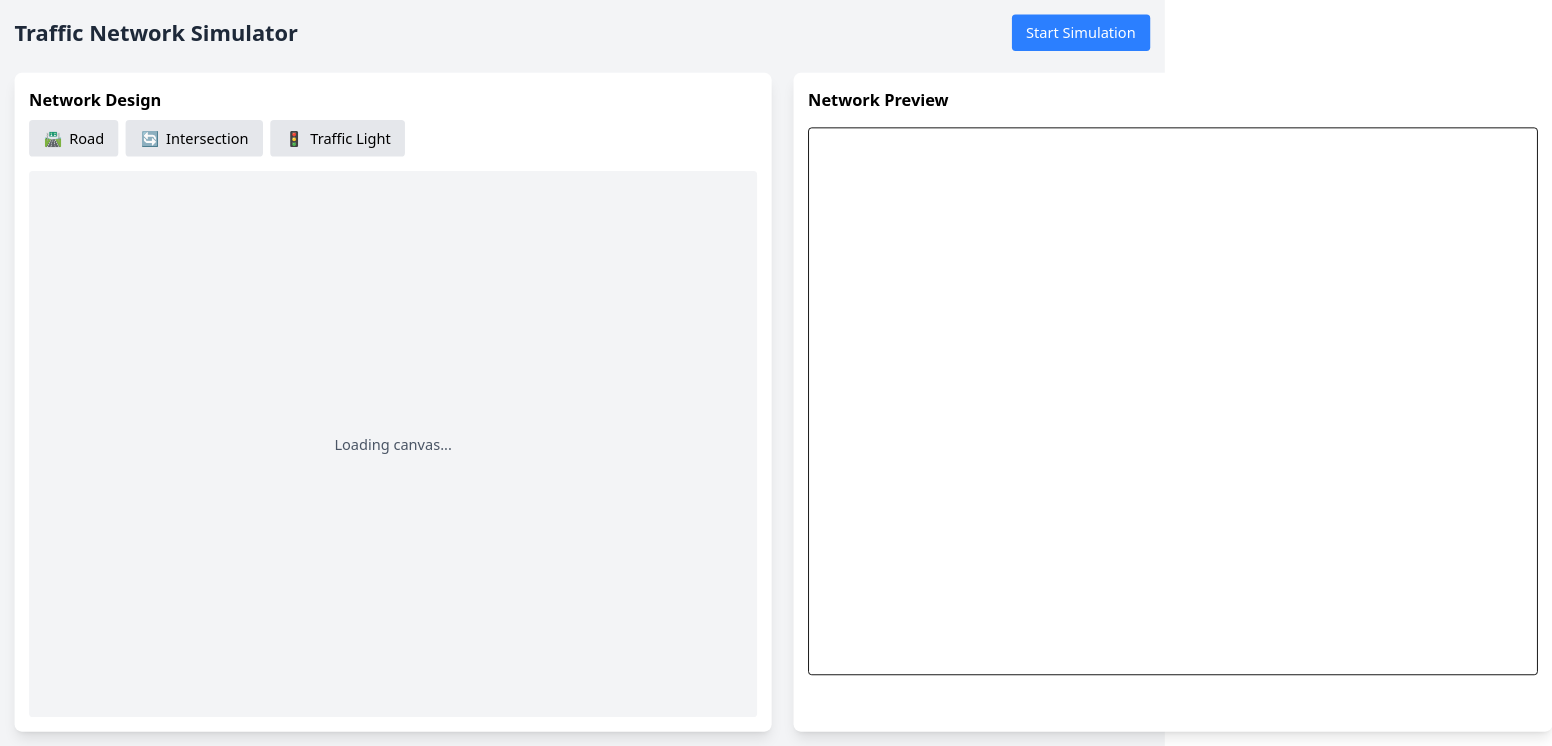
Repository: KooshaPari/NetWeave
Page: / (app in Fend/)
These files come from the project's save history. The page is drawn as it stood at one moment and after the next save; the edit follows.
The browser window is 1280 px wide. The page is 1706 px wide, so the pictures cover 1706 px, including what lies to the right of the window. The pictures show the whole page, at 91% of full size.
The project was rebuilt for these pictures with package versions that can differ from the ones it lists, and the page was loaded fresh each time. The framework's server and built-in components were replaced by stand-ins that run in the browser. Also part of the build but not shown: Fend/svelte.config.js, Fend/vite.config.ts.

Above is the page before, as saved 2025-02-18 17:51:25.

### Fend/src/routes/+page.svelte
<script lang="ts">
	import { onMount } from 'svelte';
	import DrawingCanvas from '$lib/components/DrawingCanvas.svelte';
	import OutputCanvas from '$lib/components/OutputCanvas.svelte';
	import ToolPanel from '$lib/components/ToolPanel.svelte';
	import type { Tool, SimulationState } from '$lib/types';

	let selectedTool: keyof Tool;
	let isSimulating = false;
	let simulationState: SimulationState | null = null;

	function toggleSimulation() {
		isSimulating = !isSimulating;
	}

	function handleDrawingUpdate(event: CustomEvent<{ canvas: string; roadData: any }>) {
		simulationState = {
			networkImage: event.detail.canvas,
			vehicles: [],
			trafficLights: [],
			timestamp: Date.now()
		};
	}
</script>

<div class="min-h-screen bg-gray-100">
	<main class="container mx-auto p-4">
		<!-- Header with controls -->
		<header class="mb-6 flex items-center justify-between">
			<h1 class="text-2xl font-bold text-gray-800">Traffic Network Simulator</h1>
			<div class="flex items-center gap-4">
				<button
					class="rounded bg-blue-500 px-4 py-2 text-white hover:bg-blue-600"
					on:click={toggleSimulation}
				>
					{isSimulating ? 'View Network' : 'Start Simulation'}
				</button>
			</div>
		</header>

		<!-- Main content area -->
		<div class="flex gap-6">
			<!-- Left panel: Drawing tools and input canvas -->
			<div class="flex-1 rounded-lg bg-white p-4 shadow-lg">
				<div class="mb-4">
					<h2 class="mb-2 text-lg font-semibold">Network Design</h2>
					<ToolPanel {selectedTool} on:toolSelect={(e) => (selectedTool = e.detail)} />
				</div>
				<DrawingCanvas {selectedTool} on:update={handleDrawingUpdate} />
			</div>

			<!-- Right panel: Output canvas (pre-sim render or simulation) -->
			<div class="flex-1 rounded-lg bg-white p-4 shadow-lg">
				<h2 class="mb-4 text-lg font-semibold">
					{isSimulating ? 'Traffic Simulation' : 'Network Preview'}
				</h2>
				<OutputCanvas {simulationState} {isSimulating} />
			</div>
		</div>
	</main>
</div>

### Fend/src/lib/components/DrawingCanvas.svelte
<script lang="ts">
	import { onMount, createEventDispatcher } from 'svelte';
	import { browser } from '$app/environment';
	import type { Tool, RoadType, IntersectionType } from '$lib/types';

	$: console.log('isLoading:', isLoading);
	export let selectedTool: keyof typeof toolSettings;
	const dispatch = createEventDispatcher<CanvasEvents>();
	let isLoading = true;
	let canvas: HTMLCanvasElement;
	let fabricCanvas: any = null;

	interface CanvasEvents {
		update: {
			canvas: string;
			roadData: any;
		};
	}

	const roadTypes = {
		highway: {
			name: 'Highway',
			color: '#505050',
			width: 40,
			style: {
				strokeWidth: 40,
				stroke: '#505050',
				strokeDashArray: [20, 10]
			}
		},
		mainRoad: {
			name: 'Main Road',
			color: '#454545',
			width: 30,
			style: {
				strokeWidth: 30,
				stroke: '#454545',
				strokeDashArray: [15, 10]
			}
		},
		localRoad: {
			name: 'Local Road',
			color: '#383838',
			width: 20,
			style: {
				strokeWidth: 20,
				stroke: '#383838',
				strokeDashArray: [5, 5]
			}
		}
	};
	const intersectionTypes = {
		roundabout: {
			name: 'Roundabout',
			radius: 40,
			capacity: 2000,
			entries: 4,
			type: 'roundabout',
			style: {
				fill: '#454545',
				stroke: '#FFFFFF',
				strokeWidth: 2
			},
			trafficRules: {
				yieldBehavior: 'yield',
				mergeAngle: 30,
				priorityRoads: false
			}
		},
		signalizedIntersection: {
			name: 'Signalized Intersection',
			radius: 30,
			capacity: 1500,
			entries: 4,
			type: 'signalized',
			style: {
				fill: '#404040',
				stroke: '#FFFFFF',
				strokeWidth: 2
			},
			trafficRules: {
				yieldBehavior: 'signal',
				mergeAngle: 90,
				priorityRoads: true
			}
		},
		slipRoad: {
			name: 'Slip Road',
			radius: 25,
			capacity: 800,
			entries: 2,
			type: 'slip_road',
			style: {
				fill: '#383838',
				stroke: '#FFFFFF',
				strokeWidth: 1
			},
			trafficRules: {
				yieldBehavior: 'yield',
				mergeAngle: 15,
				priorityRoads: true
			}
		}
	} as const;
	const toolSettings = {
		road: {
			color: '#404040',
			width: 20,
			rx: 0,
			ry: 0
		},
		intersection: {
			color: '#666666',
			width: 30,
			rx: 10,
			ry: 10
		},
		trafficLight: {
			color: '#FF4444',
			width: 15,
			rx: 5,
			ry: 5
		}
	} as const;
	let fabric: any = null;
	onMount(async () => {
		if (!browser) return;
		console.log('Loading fabric');
		try {
			console.log('Importing fabric');
			fabric = await import('fabric');
			console.log('Imported fabric');
			// Initialize canvas with proper configuration
			fabricCanvas = new fabric.Canvas(canvas, {
				backgroundColor: '#f8f9fa'
			});
			console.log('Creating fabric canvas');
			fabric.Object.prototype.noScaleCache = false;

			// Configure canvas settings
			console.log('Setting up canvas dimensions');
			fabricCanvas.setDimensions({
				width: 800,
				height: 600
			});
			console.log('Setting up canvas background color');
			//fabricCanvas.backgroundColor('#f8f9fa', fabricCanvas.renderAll.bind(fabricCanvas));
			console.log('Setting up canvas');
			// Set up initial drawing state
			initializeDrawingState(fabric);
			console.log('Initializing drawing state');
			addDefaultShapes(fabric);
			console.log('Adding default shapes');
			setupEventListeners();
			console.log('Canvas setup complete');
			isLoading = false;
		} catch (error) {
			console.error('Failed to initialize canvas:', error);
		}
	});

	function initializeDrawingState(fabric: any) {
		// Default to highway if tool doesn't match road type
		const currentRoad = roadTypes[selectedTool as keyof typeof roadTypes] || roadTypes.highway;

		fabricCanvas.isDrawingMode = true;
		const brush = new fabric.PencilBrush(fabricCanvas);
		brush.width = currentRoad.width;
		brush.color = currentRoad.color;
		brush.strokeDashArray = currentRoad.style.strokeDashArray;
		fabricCanvas.freeDrawingBrush = brush;
	}

	function addDefaultShapes(fabric: any) {
		// Add grid
		const gridSize = 20;
		const gridColor = '#e0e0e0';

		for (let i = 0; i <= fabricCanvas.width; i += gridSize) {
			const line = new fabric.Line([i, 0, i, fabricCanvas.height], {
				stroke: gridColor,
				selectable: false,
				strokeUniform: true,
				strokeWidth: 1
			});
			fabricCanvas.add(line);
		}

		for (let i = 0; i <= fabricCanvas.height; i += gridSize) {
			const line = new fabric.Line([0, i, fabricCanvas.width, i], {
				stroke: gridColor,
				selectable: false,
				strokeUniform: true,
				strokeWidth: 1
			});
			fabricCanvas.add(line);
		}

		// Example: Add intersection placeholder
		const intersection = new fabric.Rect({
			left: 100,
			top: 100,
			fill: toolSettings.intersection.color,
			width: toolSettings.intersection.width,
			height: toolSettings.intersection.width,
			strokeWidth: 2,
			stroke: '#4a4a4a',
			rx: toolSettings.intersection.rx,
			ry: toolSettings.intersection.ry,
			hasControls: true,
			strokeUniform: true
		});
		fabricCanvas.add(intersection);
	}
	function updateConnectedRoads(intersection: any) {
		const connectedPaths = fabricCanvas.getObjects('path').filter((path: any) => {
			return path.intersectsWithObject(intersection);
		});

		connectedPaths.forEach((path: any) => {
			adjustRoadConnection(path, intersection);
		});
	}

	function adjustRoadConnection(road: any, intersection: any) {
		// Implement road connection logic based on intersection type
		const intersectionType = intersection.data.type;
		const roadType = road.data.type;

		switch (intersectionType) {
			case 'roundabout':
				adjustRoundaboutConnection(road, intersection);
				break;
			case 'signalized':
				adjustSignalizedConnection(road, intersection);
				break;
			case 'slip_road':
				adjustSlipRoadConnection(road, intersection);
				break;
		}
	}
	function adjustRoundaboutConnection(road: any, intersection: any) {
		console.log('Adjusting slip road connection', road, intersection);
	}
	function adjustSignalizedConnection(road: any, intersection: any) {
		console.log('Adjusting slip road connection', road, intersection);
	}
	function adjustSlipRoadConnection(road: any, intersection: any) {
		console.log('Adjusting slip road connection', road, intersection);
	}

	function setupEventListeners() {
		fabricCanvas.on('path:created', (e: any) => {
			const path = e.path;
			dispatch('update', {
				canvas: fabricCanvas.toDataURL(),
				roadData: path.data
			});
		});
		fabricCanvas.on('mouse:dblclick', handleIntersectionCreation);

		fabricCanvas.on('object:moving', (e: any) => {
			if (e.target.data?.type === 'roundabout') {
				updateConnectedRoads(e.target);
			}
		});
	}

	async function addLaneMarkers(path: any, roadType: RoadType) {
		const coords = path.path;
		if (!coords || coords.length < 2) return;

		// Create center line for two-way roads
		const centerLine = new fabric.Path(path.path, {
			stroke: '#FFFFFF',
			strokeWidth: 2,
			strokeDashArray: [10, 10],
			selectable: false
		});

		// Create lane dividers
		if (roadType.lanes > 1) {
			const laneWidth = roadType.width / roadType.lanes;
			for (let i = 1; i < roadType.lanes; i++) {
				const offset = i * laneWidth - roadType.width / 2;
				const laneDivider = new fabric.Path(path.path, {
					stroke: '#FFFFFF',
					strokeWidth: 1,
					strokeDashArray: [5, 5],
					selectable: false,
					objectCaching: false
				});
				fabricCanvas.add(laneDivider);
			}
		}

		fabricCanvas.add(centerLine);
		fabricCanvas.renderAll();
	}

	function createEntryPoint(fabric: any, config: IntersectionType, angle: number) {
		const length = 20;
		const x = config.radius * Math.cos((angle * Math.PI) / 180);
		const y = config.radius * Math.sin((angle * Math.PI) / 180);

		return new fabric.Line(
			[
				x,
				y,
				x + length * Math.cos((angle * Math.PI) / 180),
				y + length * Math.sin((angle * Math.PI) / 180)
			],
			{
				stroke: '#FFFFFF',
				strokeWidth: 2
			}
		);
	}

	function createTrafficLightPoint(fabric: any, config: IntersectionType, angle: number) {
		return new fabric.Circle({
			radius: 3,
			fill: '#FF0000',
			left: config.radius + config.radius * Math.cos((angle * Math.PI) / 180),
			top: config.radius + config.radius * Math.sin((angle * Math.PI) / 180)
		});
	}

	function addPedestrianCrossings(fabric: any, intersection: any, config: IntersectionType) {
		const crossingWidth = 10;
		const stripeCount = 6;

		for (let i = 0; i < 4; i++) {
			const group = new fabric.Group([], {
				left: i % 2 === 0 ? -crossingWidth : config.radius * 2,
				top: i < 2 ? 0 : config.radius * 2 - crossingWidth
			});

			for (let j = 0; j < stripeCount; j++) {
				const stripe = new fabric.Rect({
					left: j * (crossingWidth / stripeCount),
					top: 0,
					width: crossingWidth / stripeCount / 2,
					height: crossingWidth,
					fill: '#FFFFFF'
				});
				group.addWithUpdate(stripe);
			}

			intersection.addWithUpdate(group);
		}
	}
	function addRoundaboutElements(fabric: any, intersection: any, config: IntersectionType) {
		// Central circle
		const circle = new fabric.Circle({
			radius: config.radius,
			fill: config.style.fill,
			stroke: config.style.stroke,
			strokeWidth: config.style.strokeWidth
		});

		// Lane markings
		const innerCircle = new fabric.Circle({
			radius: config.radius - 15,
			fill: 'transparent',
			stroke: '#FFFFFF',
			strokeWidth: 1,
			strokeDashArray: [5, 5]
		});

		// Entry points
		for (let i = 0; i < config.entries; i++) {
			const angle = (i * 360) / config.entries;
			const entry = createEntryPoint(fabric, config, angle);
			intersection.addWithUpdate(entry);
		}

		intersection.addWithUpdate(circle);
		intersection.addWithUpdate(innerCircle);
	}

	function addSignalizedElements(fabric: any, intersection: any, config: IntersectionType) {
		// Create base intersection
		const base = new fabric.Rect({
			width: config.radius * 2,
			height: config.radius * 2,
			fill: config.style.fill,
			stroke: config.style.stroke,
			strokeWidth: config.style.strokeWidth
		});

		// Add traffic light points
		for (let i = 0; i < config.entries; i++) {
			const angle = i * 90;
			const light = createTrafficLightPoint(fabric, config, angle);
			intersection.addWithUpdate(light);
		}

		// Add pedestrian crossings
		addPedestrianCrossings(fabric, intersection, config);

		intersection.addWithUpdate(base);
	}

	function addSlipRoadElements(fabric: any, intersection: any, config: IntersectionType) {
		// Create curved slip road path
		const path = new fabric.Path('M 0 0 Q 50 0 50 50', {
			fill: 'transparent',
			stroke: config.style.fill,
			strokeWidth: config.style.strokeWidth
		});

		// Add yield markings
		const yieldLine = new fabric.Path('M 40 40 L 60 40', {
			stroke: '#FFFFFF',
			strokeWidth: 2,
			strokeDashArray: [5, 5]
		});

		intersection.addWithUpdate(path);
		intersection.addWithUpdate(yieldLine);
	}
	function createIntersection(
		fabric: any,
		intersectionType: IntersectionType,
		position: { x: number; y: number }
	) {
		const intersection = new fabric.Group([], {
			left: position.x,
			top: position.y,
			selectable: true,
			data: {
				type: intersectionType.type,
				capacity: intersectionType.capacity,
				trafficRules: intersectionType.trafficRules
			}
		});

		switch (intersectionType.type) {
			case 'roundabout':
				addRoundaboutElements(fabric, intersection, intersectionType);
				break;
			case 'signalized':
				addSignalizedElements(fabric, intersection, intersectionType);
				break;
			case 'slip_road':
				addSlipRoadElements(fabric, intersection, intersectionType);
				break;
		}

		return intersection;
	}
	function handleIntersectionCreation(e: any) {
		const pointer = fabricCanvas.getPointer(e);
		const intersectionType = intersectionTypes[selectedTool as keyof typeof intersectionTypes];

		if (intersectionType) {
			const intersection = createIntersection(fabric, intersectionType, {
				x: pointer.x,
				y: pointer.y
			});

			fabricCanvas.add(intersection);
			fabricCanvas.renderAll();
		}
	}
	async function updateBrush() {
		if (!fabricCanvas) return;

		const settings = toolSettings[selectedTool];
		const brush = new fabric.PencilBrush(fabricCanvas);
		brush.width = settings.width;
		brush.color = settings.color;
		fabricCanvas.freeDrawingBrush = brush;
	}

	function toggleUniform() {
		const activeObject = fabricCanvas.getActiveObject();
		if (!activeObject) return;

		if (activeObject.type === 'activeSelection') {
			activeObject.getObjects().forEach((obj: any) => {
				obj.set('strokeUniform', !obj.strokeUniform);
			});
		} else {
			activeObject.set('strokeUniform', !activeObject.strokeUniform);
		}
		fabricCanvas.requestRenderAll();
	}
	async function setupIntersection(e: any) {
		const pointer = fabricCanvas.getPointer(e);
		const intersectionType = intersectionTypes[selectedTool as keyof typeof intersectionTypes];

		if (intersectionType) {
			const intersection = createIntersection(fabric, intersectionType, {
				x: pointer.x,
				y: pointer.y
			});
			fabricCanvas.add(intersection);
			fabricCanvas.renderAll();
		}
	}

	$: if (fabricCanvas && selectedTool) {
		updateBrush();
	}
</script>

<div class="canvas-container">
	{#if isLoading}
		<div class="flex h-[600px] items-center justify-center rounded bg-gray-100">
			<span class="text-gray-600">Loading canvas...</span>
		</div>
	{:else}
		<canvas bind:this={canvas} class="rounded border border-gray-200 shadow-sm"></canvas>
	{/if}
</div>

<style>
	.canvas-container {
		width: 800px;
		height: 600px;
	}
</style>

### Fend/src/lib/components/OutputCanvas.svelte
<script lang="ts">
	import { onMount } from 'svelte';
	import type { SimulationState } from '$lib/types';

	export let simulationState: SimulationState | null = null;
	export let isSimulating: boolean = false;

	let canvas: HTMLCanvasElement;
	let ctx: CanvasRenderingContext2D;
	let animationFrame: number;

	onMount(() => {
		ctx = canvas.getContext('2d')!;

		if (isSimulating) {
			startSimulationLoop();
		}

		return () => {
			if (animationFrame) {
				cancelAnimationFrame(animationFrame);
			}
		};
	});

	$: if (ctx && isSimulating) {
		startSimulationLoop();
	} else if (ctx && !isSimulating) {
		stopSimulationLoop();
	}

	function startSimulationLoop() {
		const loop = () => {
			if (simulationState) {
				renderFrame(simulationState);
			}
			animationFrame = requestAnimationFrame(loop);
		};
		loop();
	}

	function stopSimulationLoop() {
		if (animationFrame) {
			cancelAnimationFrame(animationFrame);
		}

		if (simulationState) {
			renderNetwork(simulationState);
		}
	}

	function renderNetwork(state: SimulationState) {
		const img = new Image();
		img.onload = () => {
			ctx.clearRect(0, 0, canvas.width, canvas.height);
			ctx.drawImage(img, 0, 0);
		};
		img.src = state.networkImage;
	}

	function renderFrame(state: SimulationState) {
		ctx.clearRect(0, 0, canvas.width, canvas.height);

		const img = new Image();
		img.onload = () => {
			ctx.drawImage(img, 0, 0);

			state.vehicles.forEach((vehicle) => {
				ctx.fillStyle = '#4CAF50';
				ctx.beginPath();
				ctx.arc(vehicle.x, vehicle.y, 4, 0, Math.PI * 2);
				ctx.fill();
			});

			state.trafficLights.forEach((light) => {
				ctx.fillStyle = light.state === 'red' ? '#FF0000' : '#00FF00';
				ctx.beginPath();
				ctx.arc(light.x, light.y, 6, 0, Math.PI * 2);
				ctx.fill();
			});
		};
		img.src = state.networkImage;
	}
</script>

<canvas bind:this={canvas} width={800} height={600} class="rounded border" />

### Fend/src/lib/components/ToolPanel.svelte
<script lang="ts">
	import { createEventDispatcher } from 'svelte';
	import type { Tool } from '$lib/types';

	export let selectedTool: Tool;
	const dispatch = createEventDispatcher();

	const tools = [
		{ id: 'road', label: 'Road', icon: '🛣️' },
		{ id: 'intersection', label: 'Intersection', icon: '🔄' },
		{ id: 'trafficLight', label: 'Traffic Light', icon: '🚦' }
	];
</script>

<div class="mb-4 flex gap-2">
	{#each tools as tool}
		<button
			class="flex items-center gap-2 rounded px-4 py-2 {selectedTool === tool.id
				? 'bg-blue-500 text-white'
				: 'bg-gray-200'}"
			on:click={() => dispatch('toolSelect', tool.id)}
		>
			<span>{tool.icon}</span>
			<span>{tool.label}</span>
		</button>
	{/each}
</div>

Loaded but not shown: Fend/src/app.html (common file); Fend/src/routes/+layout.svelte (common file); Fend/src/app.css (common file)

After the next save:
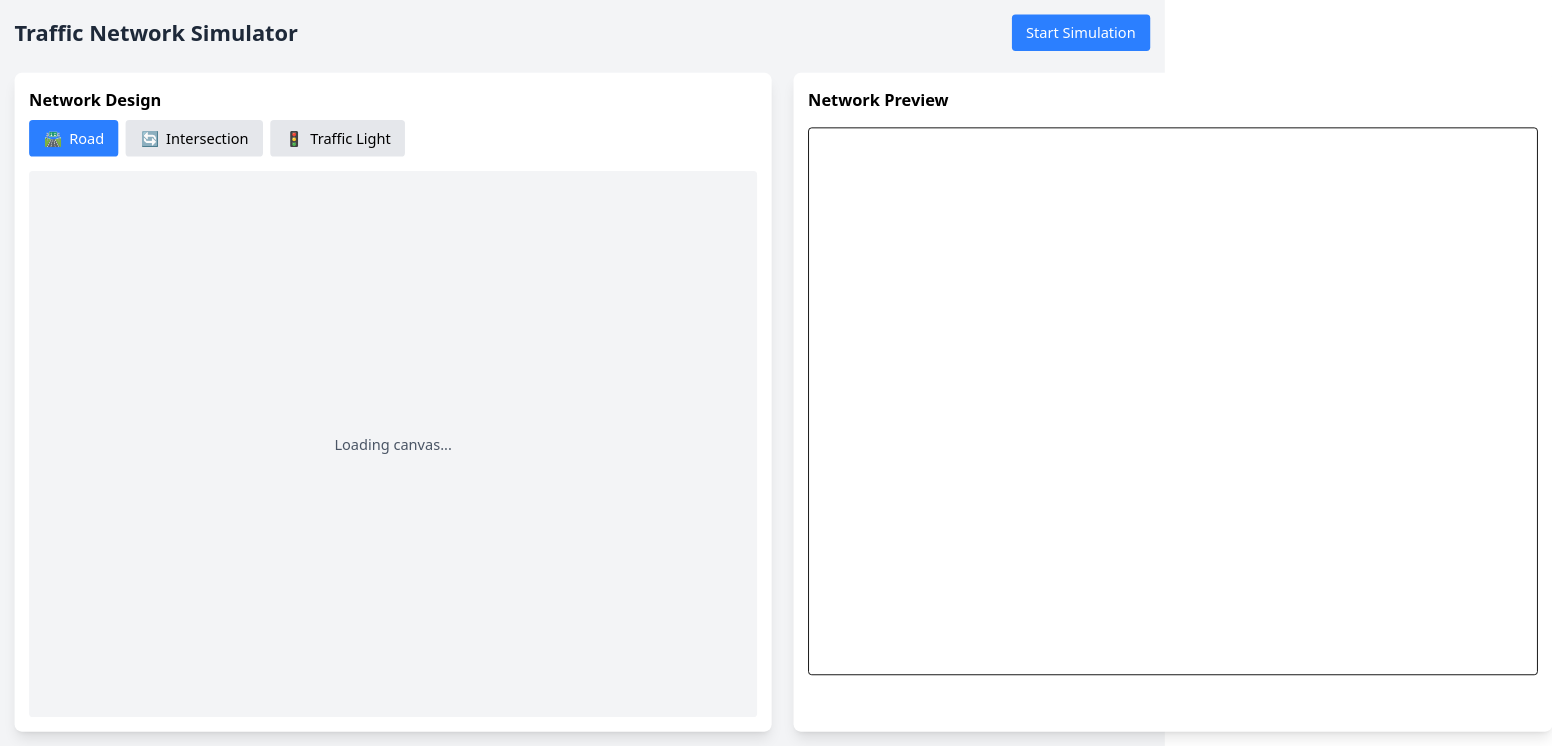
Saved 17 s later.
--- a/Fend/src/routes/+page.svelte
+++ b/Fend/src/routes/+page.svelte
@@ -5,7 +5,7 @@
 	import ToolPanel from '$lib/components/ToolPanel.svelte';
 	import type { Tool, SimulationState } from '$lib/types';
 
-	let selectedTool: keyof Tool;
+	let selectedTool = 'road';
 	let isSimulating = false;
 	let simulationState: SimulationState | null = null;
 

After the 4 saves that followed:
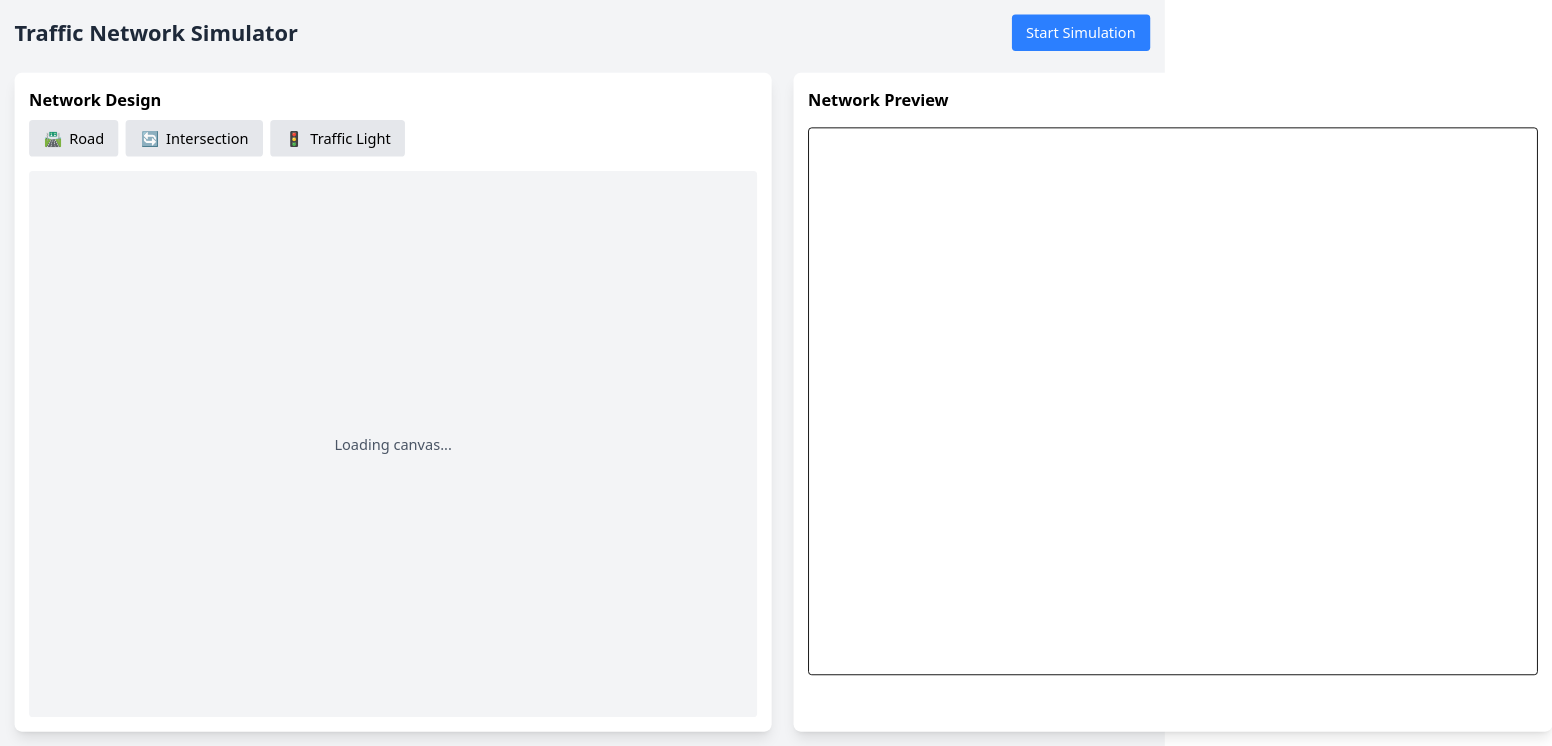
The 4 saves are shown as one change because 1 left the picture as it was and some came seconds apart.
The last was saved 35 s later.
--- a/Fend/src/routes/+page.svelte
+++ b/Fend/src/routes/+page.svelte
@@ -5,7 +5,7 @@
 	import ToolPanel from '$lib/components/ToolPanel.svelte';
 	import type { Tool, SimulationState } from '$lib/types';
 
-	let selectedTool = 'road';
+	let selectedTool ;
 	let isSimulating = false;
 	let simulationState: SimulationState | null = null;
 
